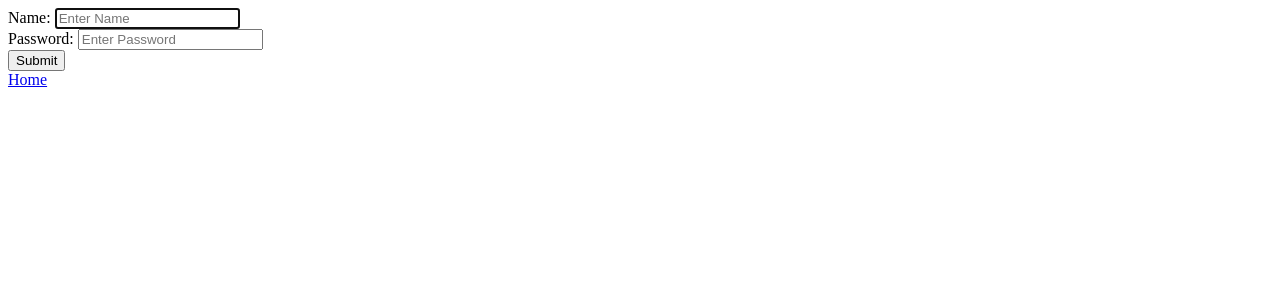
Repository: SHARMILAG97/WebApplication
Page: http://localhost/watercan-web/adminlogin.jsp
An editor plug-in stored every save of this project. The page is shown before and after the next save, followed by the edit.
The browser window is 1280 px wide. The pictures show the whole page.
The page is served by Tomcat 9.

Above is the page before, as saved 2019-09-10 08:24:27.

After the next save:
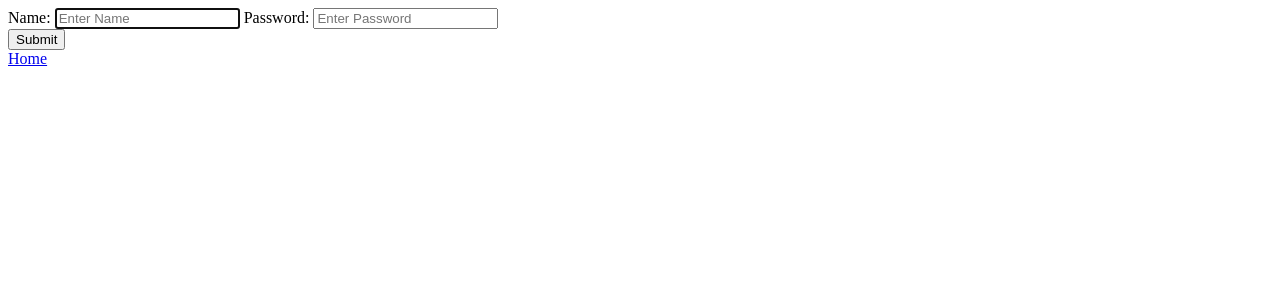
Saved 48 min 22 s later.
--- a/watercan-web/src/main/webapp/adminlogin.jsp
+++ b/watercan-web/src/main/webapp/adminlogin.jsp
@@ -10,7 +10,7 @@
 <form action="admin.jsp">
 <label>Name:</label>
 <input type="text" name="name" id="name" placeholder="Enter Name" required autofocus/>
-<br/>
+
 
 <label>Password:</label>
 <input type="password" name="password" id="password" placeholder="Enter Password" required />
